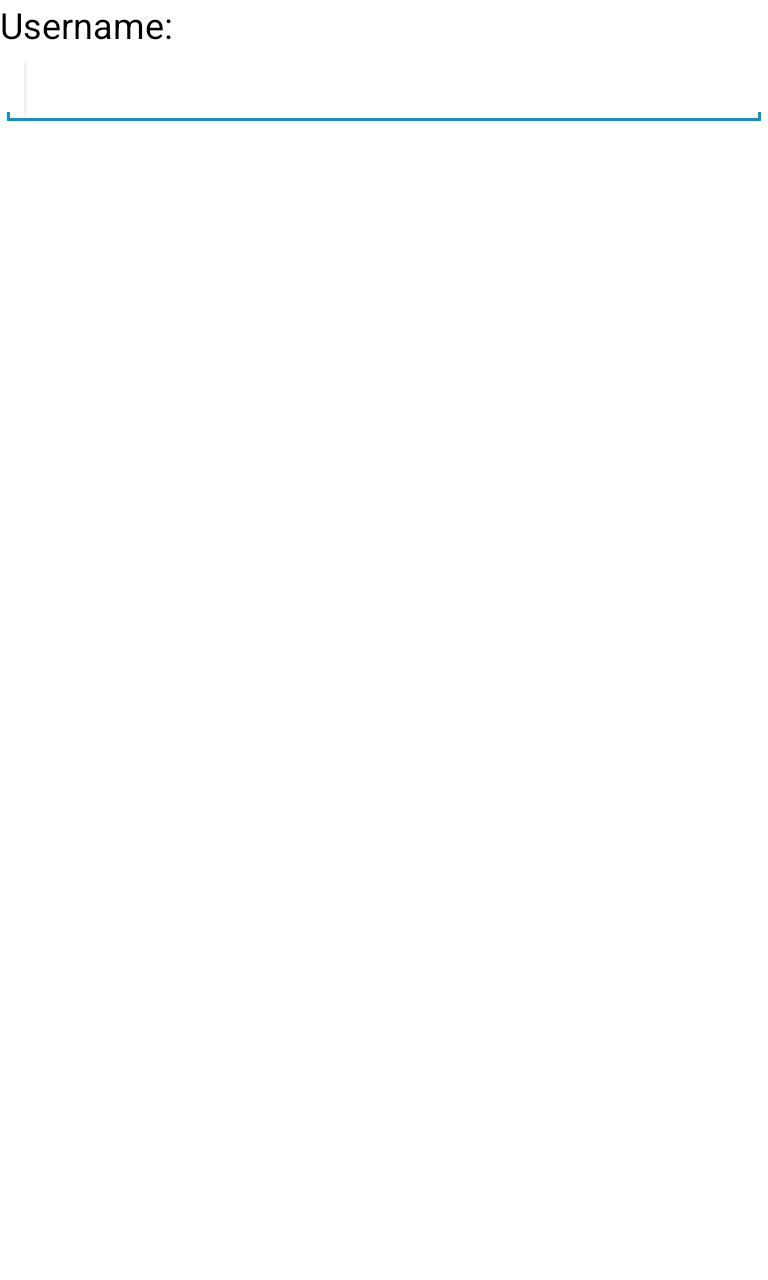
Repository: arp122/Gravitas-2014-Attendace
Layout: OrganisationGravitas/myworkspace/MusicTrivia/res/layout/login_page.xml
The author's editor kept a copy of each file at every save. The layout is drawn from the files as they stood at one save, then again after the next save.
It is drawn on a 768 x 1280 px phone screen (xhdpi) without system bars, with theme AppTheme; the app's code is not run.

Above is the layout before, as saved 2014-09-20 17:29:29.

After the next save:
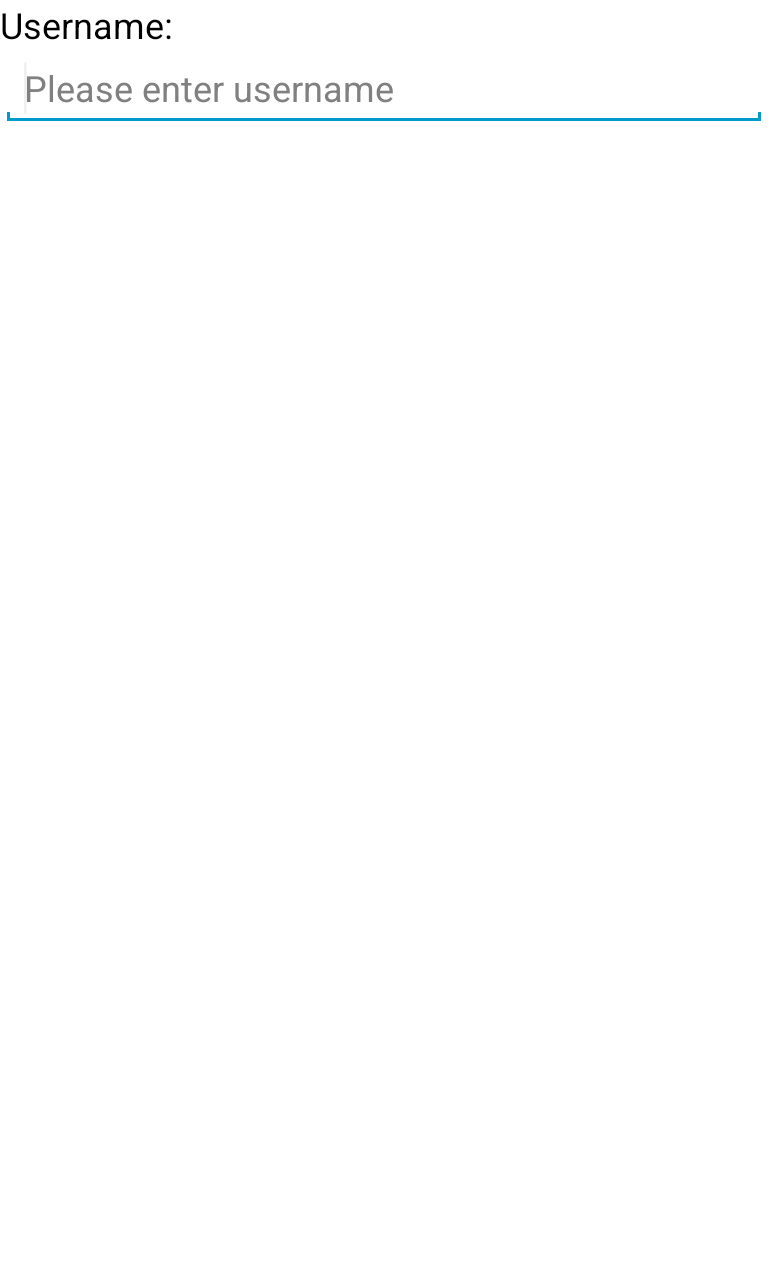
Saved 19 s later.
--- a/OrganisationGravitas/myworkspace/MusicTrivia/res/layout/login_page.xml
+++ b/OrganisationGravitas/myworkspace/MusicTrivia/res/layout/login_page.xml
@@ -16,6 +16,7 @@
         android:id="@+id/editText1"
         android:layout_width="match_parent"
         android:layout_height="wrap_content"
+        android:hint="Please enter username"
         android:ems="10" >
 
         <requestFocus />
